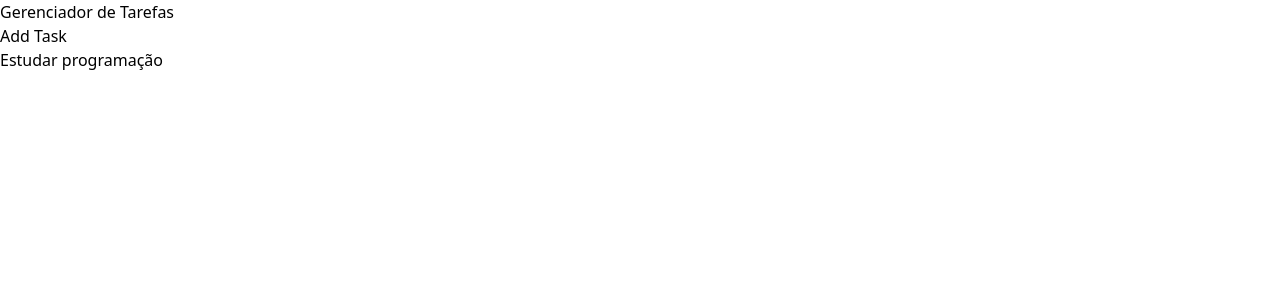
Repository: GustavoMSevero/curso-de-react
Page: /
An editor plug-in stored every save of this project. The page is shown before and after the next save, followed by the edit.
The browser window is 1280 px wide. The pictures show the whole page.
The project was rebuilt for these pictures with package versions that can differ from the ones it lists, and the page was loaded fresh each time. Also part of the build but not shown: vite.config.js.

Above is the page before, as saved 2025-02-20 20:05:15.

After the next save:
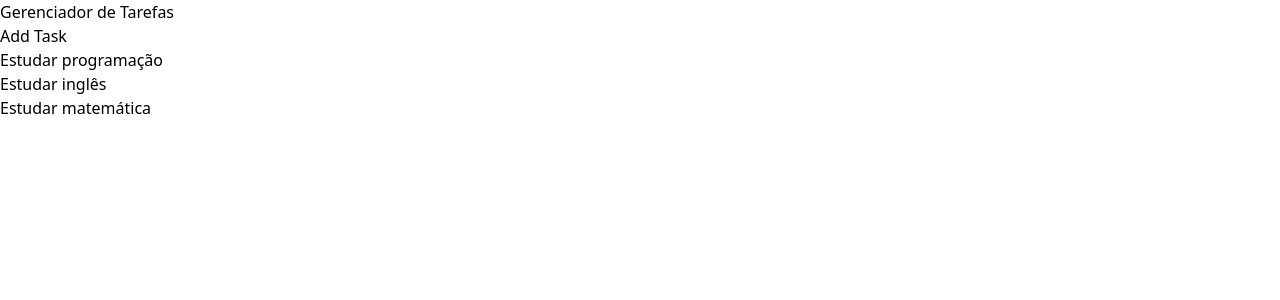
Saved 2 min 22 s later.
--- a/src/components/Tasks.jsx
+++ b/src/components/Tasks.jsx
@@ -1,4 +1,9 @@
 export default function Tasks(props) {
-  console.log(props);
-  return <h1>{props.tasks[0].title}</h1>;
+  return (
+    <h1>
+      {props.tasks.map((task) => (
+        <p>{task.title}</p>
+      ))}
+    </h1>
+  );
 }
